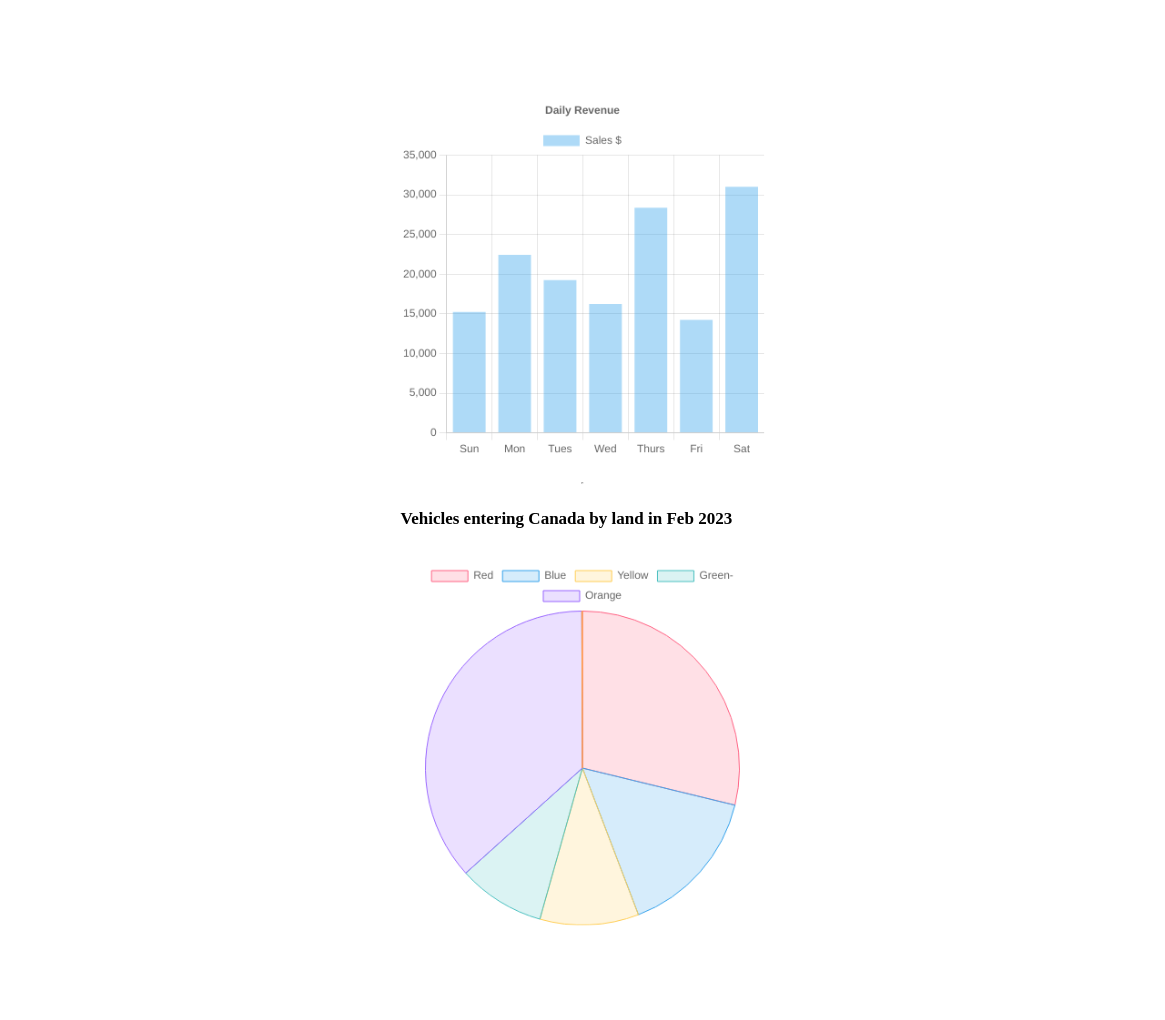
Repository: anoncoderin/dcd-charts-11week
Page: /
These files come from the project's save history. The page is drawn as it stood at one moment and after the next save; the edit follows.
The browser window is 1280 px wide. The pictures show the whole page, at 91% of full size.
The project was rebuilt for these pictures with package versions that can differ from the ones it lists, and the page was loaded fresh each time. The framework's server and built-in components were replaced by stand-ins that run in the browser. Also part of the build but not shown: next.config.js.

Above is the page before, as saved 2023-03-24 11:47:22.

### pages/index.js
import Head from 'next/head'
import Image from 'next/image'
import styles from '@/styles/Home.module.css'
import BarChart from '@/components/BarChart'
import PieChart from '@/components/PieChart'

export default function Home() {
  return (
    <>
      <Head>
        <title>Create Next App</title>
        <meta name="description" content="Generated by create next app" />
        <meta name="viewport" content="width=device-width, initial-scale=1" />
        <link rel="icon" href="/favicon.ico" />
      </Head>
      <main className={styles.main}>
        <BarChart/>
        <br></br>
        <hr></hr>
      <div>
        <h3>Vehicles entering Canada by land in Feb 2023</h3>
        <br></br>
        <PieChart/>
        </div>
      </main>
    </>
  )
}

### components/BarChart/index.js
import { useState, useEffect } from "react"
import styles from './BarChart.module.css'

import { Bar } from 'react-chartjs-2';
import {
    Chart as ChartJS,
    CategoryScale,
    LinearScale,
    BarElement,
    Title,
    Tooltip,
    Legend
} from 'chart.js'

ChartJS.register(
    CategoryScale,
    LinearScale,
    BarElement,
    Title,
    Tooltip,
    Legend
)

export default function BarChart() {

    const [chartData, setChartData] = useState({
        datasets: []
    })

    const [chartOptions, setChartOptions] = useState({})

    useEffect(() => {
        setChartData({
            labels: ['Sun', 'Mon', 'Tues', 'Wed', 'Thurs', 'Fri', 'Sat'],
            datasets: [
                {
                    label: 'Sales $',
                    data: [15234, 22432, 19245, 16243, 28356, 14235, 31000],
                    borderColor: 'rgb(53, 162, 235)',
                    backgroundColor: 'rgb(53, 162, 235, 0.4)'
                }
            ]
        })

        setChartOptions({
            plugins: {
                legend: {
                    position: 'top'
                },
                title: {
                    display: true,
                    text: "Daily Revenue"
                }
            },
            maintainAspectRatio: false,
            responsive: true
        })
    }, [])

    return(
        <>
            <div className={styles.container}>
                <Bar data={chartData} options={chartOptions}/>
            </div>
        </>
    )
}

### components/PieChart/index.js
import { useState, useEffect } from "react";
import styles from "./PieChart.module.css";

import { Pie } from "react-chartjs-2";
import {
    Chart as ChartJS,
    ArcElement,
    Tooltip,
    Legend }
    from "chart.js";

ChartJS.register(ArcElement,
    Tooltip,
    Legend)


export default function PieChart() {
const data = {
  labels: ["Red", "Blue", "Yellow", "Green-", "Orange"],
  datasets: [
    {
      label: "# of Votes",
      data: [1324, 708, 468, 412, 1683, 3],
      backgroundColor: [
        "rgba(255, 99, 132, 0.2)",
        "rgba(54, 162, 235, 0.2)",
        "rgba(255, 206, 86, 0.2)",
        "rgba(75, 192, 192, 0.2)",
        "rgba(153, 102, 255, 0.2)",
        "rgba(255, 159, 64, 0.2)",
      ],
      borderColor: [
        "rgba(255, 99, 132, 1)",
        "rgba(54, 162, 235, 1)",
        "rgba(255, 206, 86, 1)",
        "rgba(75, 192, 192, 1)",
        "rgba(153, 102, 255, 1)",
        "rgba(255, 159, 64, 1)",
      ],
      borderWidth: 1,
    },
  ],
};


return(
    <>
        <div className={styles.container}>
            <Pie data= {data}/>
        </div>
    </>
)
}

### components/BarChart/BarChart.module.css
.container {
    width: 400px;
    height: 400px;
}

### components/PieChart/PieChart.module.css
.container {
    width: 400px;
    height: 400px;
}

Loaded but not shown: pages/_app.js (common file); pages/_document.js (common file); styles/Home.module.css (common file); styles/globals.css (no stored copy; drawn as an empty file)

After the next save:
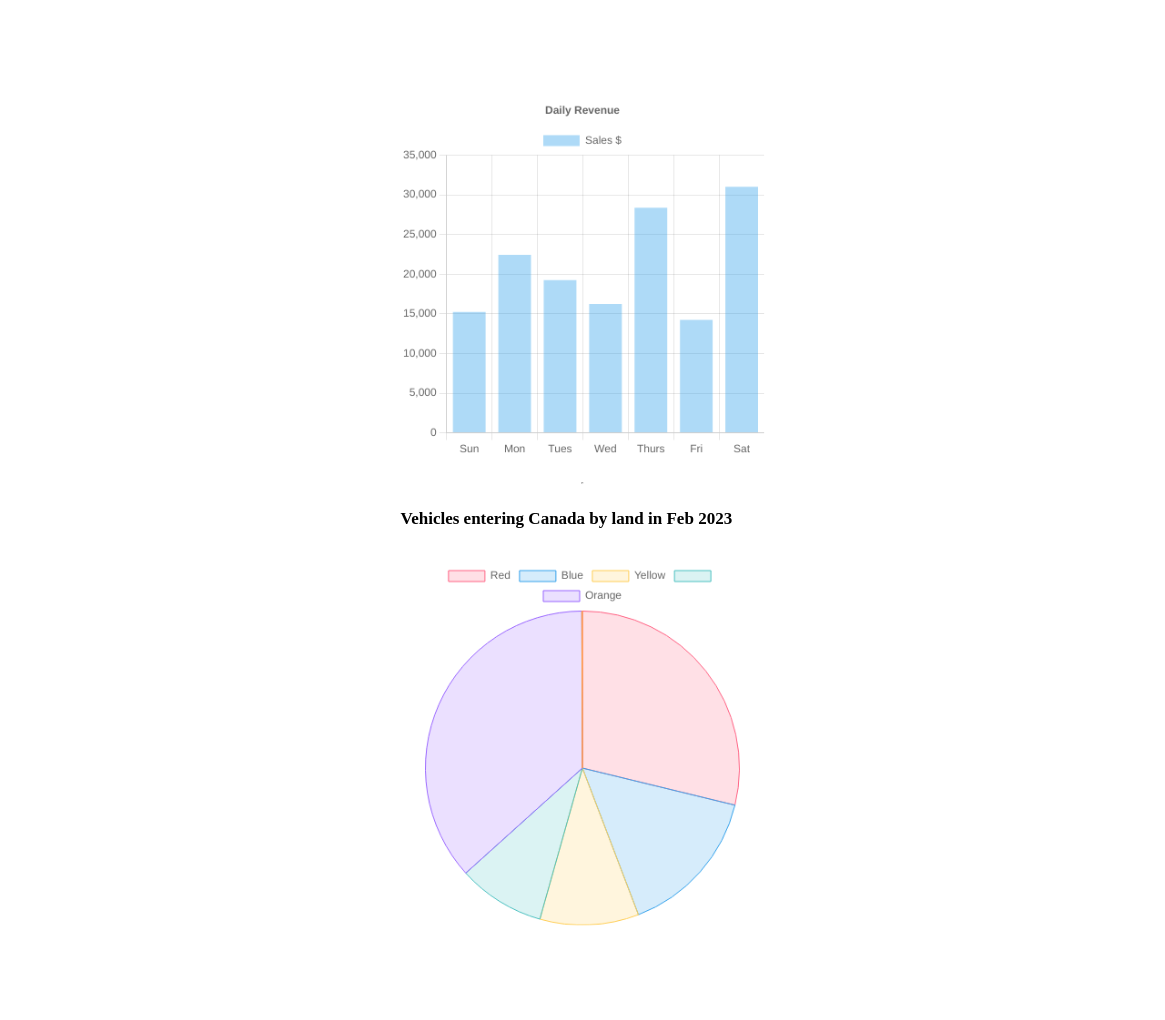
Saved 47 s later.
--- a/components/PieChart/index.js
+++ b/components/PieChart/index.js
@@ -16,7 +16,7 @@ ChartJS.register(ArcElement,
 
 export default function PieChart() {
 const data = {
-  labels: ["Red", "Blue", "Yellow", "Green-", "Orange"],
+  labels: ["Red", "Blue", "Yellow", "", "Orange"],
   datasets: [
     {
       label: "# of Votes",
